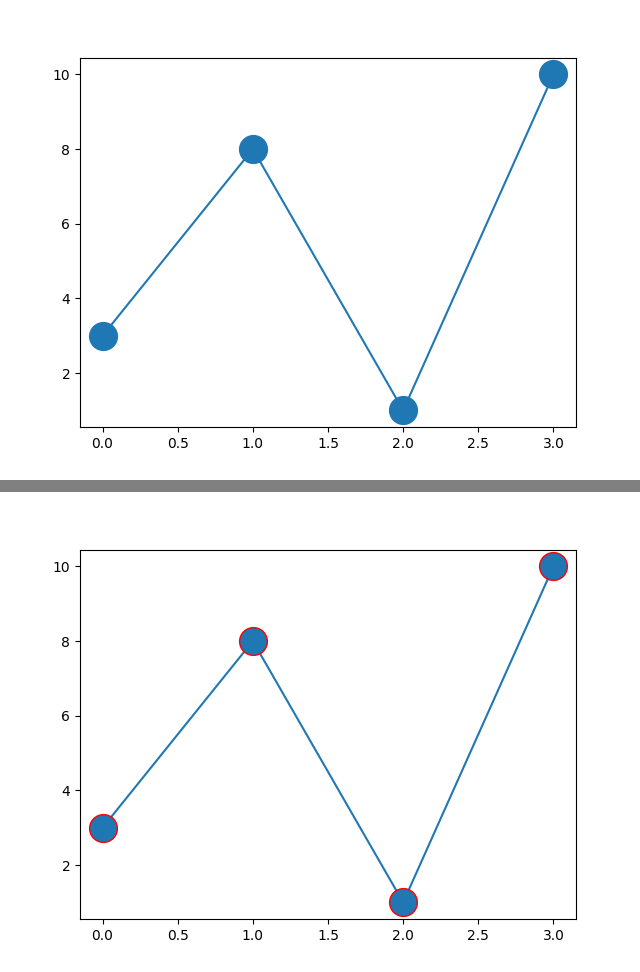
Repository: rupeshkofficial/Python-Code
Script's output: python MATPLOTLIB/3_matplotlibmarkers.py
An editor plug-in stored every save of this project. The script's output is shown before and after the next save, followed by the edit.
Each picture stacks the figures in order, with grey between them; figures that are only written to a file come last. Random numbers start from a fixed seed.

Above is the script's output before, as saved 2024-05-22 14:57:17.

After the next save:
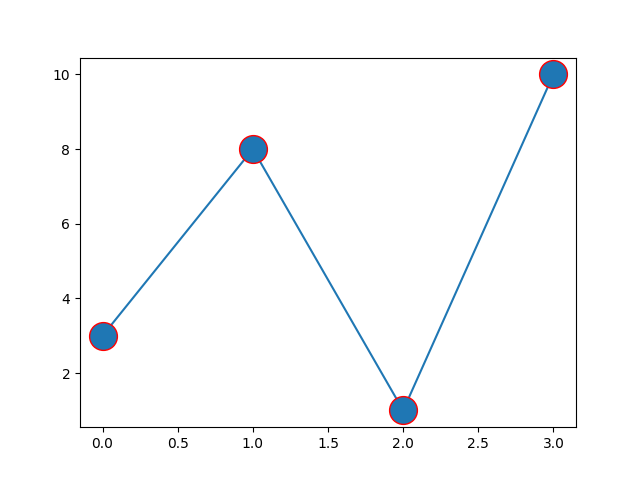
Saved 11 s later.
--- a/MATPLOTLIB/3_matplotlibmarkers.py
+++ b/MATPLOTLIB/3_matplotlibmarkers.py
@@ -1,9 +1,9 @@
 # Marker Size - ms
-import matplotlib.pyplot as plt
-import numpy as np
-ypoints = np.array([3,8,1,10])
-plt.plot(ypoints, marker = 'o', ms = 20)
-plt.show()
+# import matplotlib.pyplot as plt
+# import numpy as np
+# ypoints = np.array([3,8,1,10])
+# plt.plot(ypoints, marker = 'o', ms = 20)
+# plt.show()
 
 
 # Marker Edge Color - mec

After the 6 saves that followed:
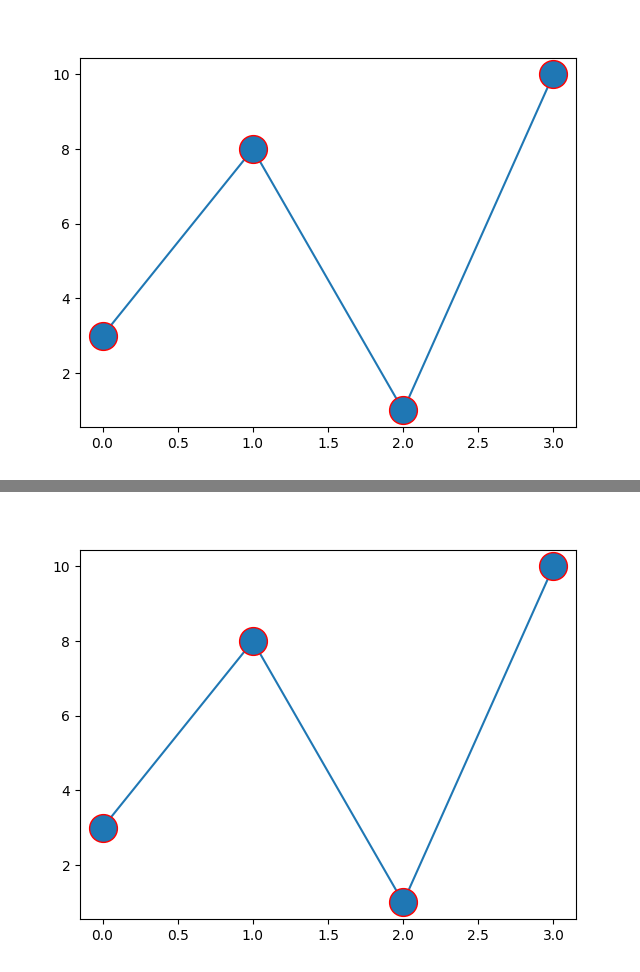
The 6 saves are shown as one change because 3 left the picture as it was and some came seconds apart.
The last was saved 116 s later.
--- a/MATPLOTLIB/3_matplotlibmarkers.py
+++ b/MATPLOTLIB/3_matplotlibmarkers.py
@@ -1,4 +1,5 @@
 # Marker Size - ms
+
 # import matplotlib.pyplot as plt
 # import numpy as np
 # ypoints = np.array([3,8,1,10])
@@ -12,3 +13,12 @@
 ypoints = np.array([3,8,1,10])
 plt.plot(ypoints, marker = 'o', ms = 20, mec = 'r')
 plt.show()
+
+
+
+# Marker face color - mfc
+import matplotlib.pyplot as plt
+import numpy as np
+ypoints = np.array([3,8,1,10])
+plt.plot(ypoints, marker = 'o', ms = 20, mec = 'r')
+plt.show()
